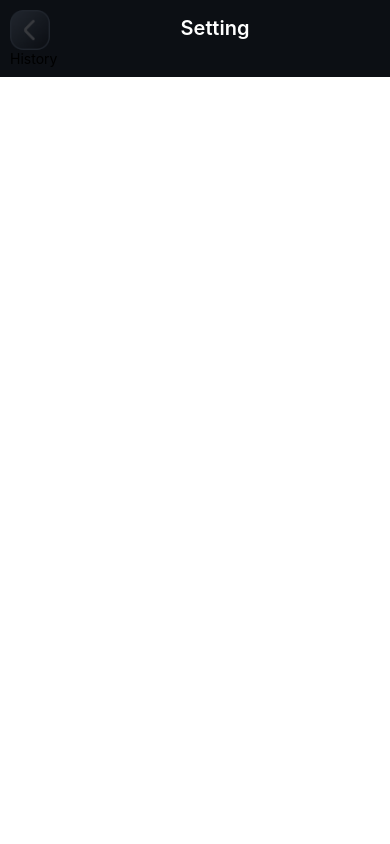
Repository: nguoilaisaochoi/App-coffe
Screen: /
The author's editor kept a copy of each file at every save. The screen is drawn from the files as they stood at one save, then again after a run of saves.
The app was drawn by React Native's web renderer in a window 390 px wide. The project was rebuilt for these pictures with package versions that can differ from the ones it lists, and the page was loaded fresh each time. Imported but missing from the stored project, and not drawn on this page: assets/img.

Above is the screen before, as saved 2024-01-13 08:46:19.

### App.tsx
import { View, Text } from 'react-native'
import React from 'react'
import Login from './src/Login'
import Register from './src/Register'
import Setting from './src/Setting'
const App = () => {
  return (
    <View>
      <Setting/>
    </View>
  )
}

export default App

### src/Setting.js
import {View, Text, StyleSheet, Image} from 'react-native';
import React from 'react';

const Setting = () => {
  return (
    <View style={mystyle.body}>
      <View style={mystyle.task}>
        <Image
          style={mystyle.arrowleft}
          source={require('../assets/img/arrowleft.png')}
        />
        <Text style={mystyle.textsetting}>Setting</Text>
      </View>
      <View style={mystyle.setting}>
        <View style={mystyle.icon}></View>
        <Text>History</Text>
        <Image source={require('../assets/img/')}/>
      </View>
    </View>
  );
};

export default Setting;
const mystyle = StyleSheet.create({
  body: {
    width: '100%',
    height: '100%',
    padding: 10,
    backgroundColor: '#0C0F14',
  },
  task: {
    width: '100%',
    display: 'flex',
    flexDirection: 'row',
  },
  arrowleft: {
    width: 40,
    height: 40,
  },
  textsetting: {
    color: 'white',
    marginLeft: 'auto',
    marginRight: 'auto',
    fontSize: 20,
    fontStyle: 'normal',
    fontWeight: '600',
    lineHeight: 36,
  },
});

After the next 2 saves:
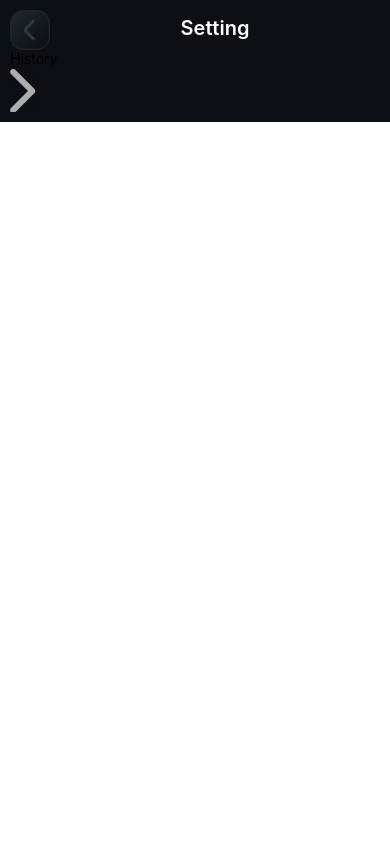
The 2 saves are shown as one change because they came seconds apart.
The last was saved 17 s later.
--- a/src/Setting.js
+++ b/src/Setting.js
@@ -14,7 +14,7 @@ const Setting = () => {
       <View style={mystyle.setting}>
         <View style={mystyle.icon}></View>
         <Text>History</Text>
-        <Image source={require('../assets/img/')}/>
+        <Image source={require('../assets/img/Arrow_right.jpg')} />
       </View>
     </View>
   );
